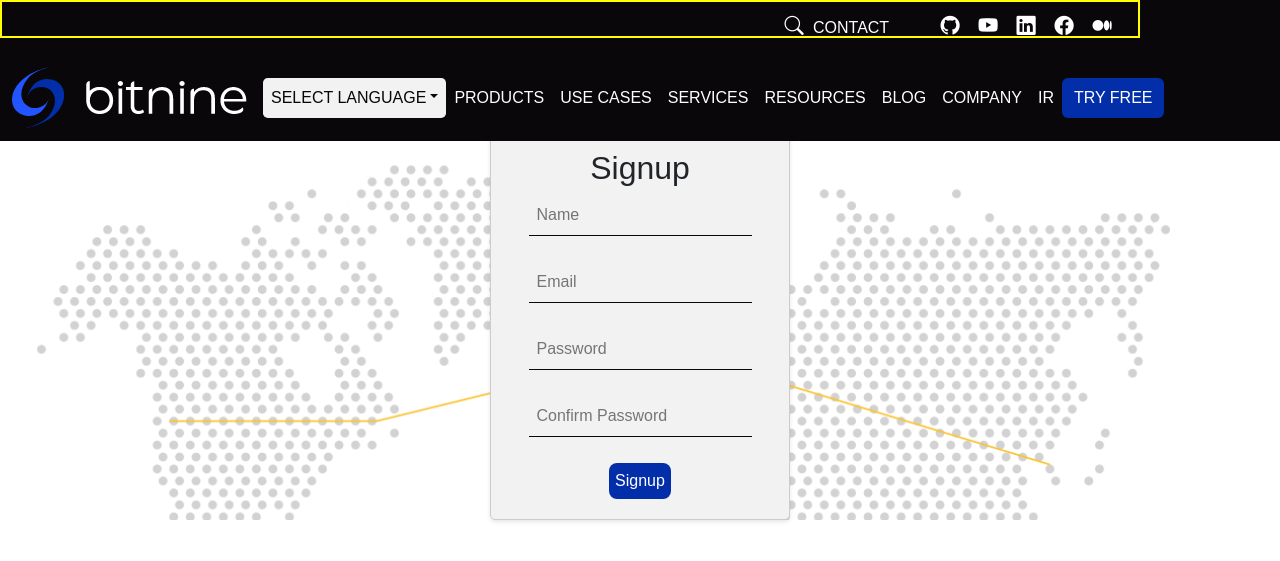
Repository: devblackie/signinpage
Page: /
These files come from the project's save history. The page is drawn as it stood at one moment and after a run of saves; the edit follows.
The browser window is 1280 px wide. The pictures show the whole page.
Some web fonts or font styles are not loaded; a fallback is used. The project was rebuilt for these pictures with package versions that can differ from the ones it lists, and the page was loaded fresh each time. Also part of the build but not shown: vite.config.js, src/components/Login.jsx, src/components/Dashboard.jsx, src/components/Home.jsx, src/components/ProtectedDashboard.jsx.

Above is the page before, as saved 2023-08-28 17:42:19.

After the next 2 saves:
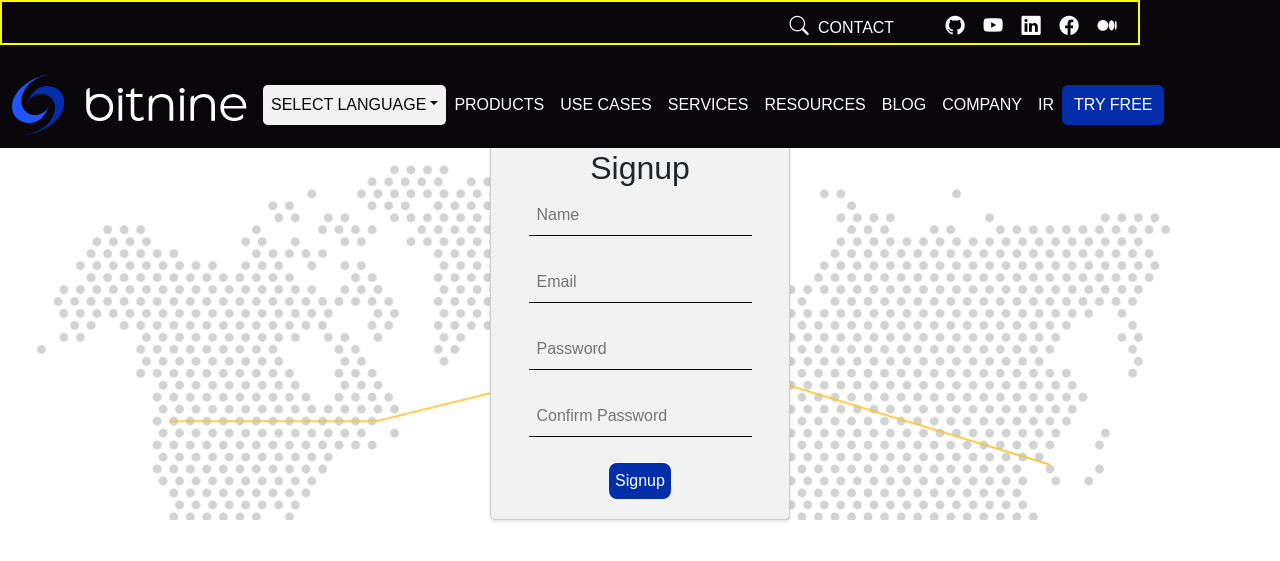
The 2 saves are shown as one change because they came seconds apart.
The last was saved 22 s later.
--- a/src/components/style/navbar.css
+++ b/src/components/style/navbar.css
@@ -24,7 +24,7 @@
 }
 
 .topbar .container .row {
-  margin: -7px;
+  margin-top: -7px;
 }
 
 ul.social-network {
